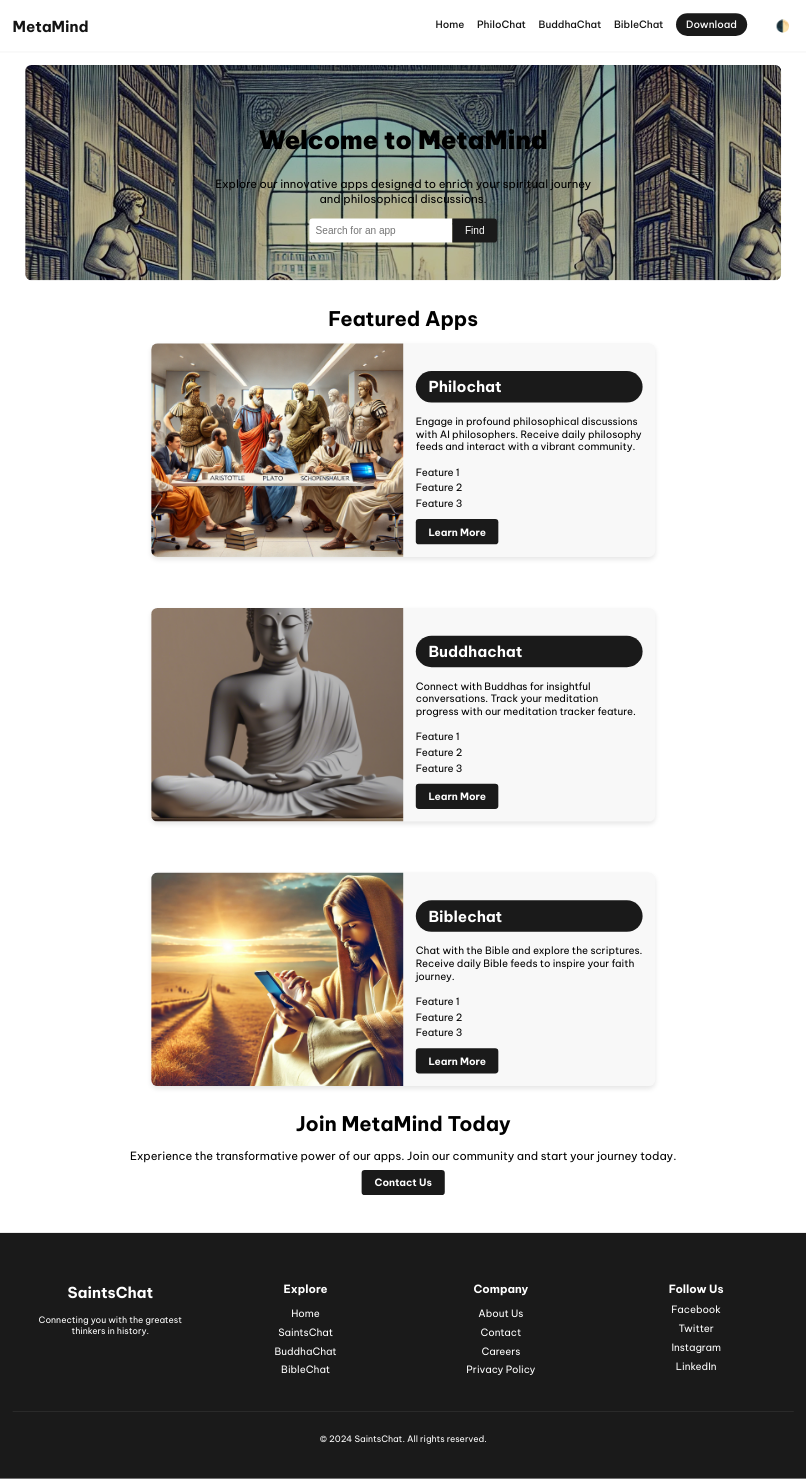
Repository: HSfac/EthosMindWeb
Page: /
These files come from the project's save history. The page is drawn as it stood at one moment and after the next save; the edit follows.
The browser window is 1280 px wide. The pictures show the whole page, at 63% of full size.
The project was rebuilt for these pictures with package versions that can differ from the ones it lists, and the page was loaded fresh each time. Also part of the build but not shown: src/pages/SaintsChat.css, src/pages/SaintsChat.jsx, src/pages/BuddhaChat.css, src/pages/BuddhaChat.jsx, src/pages/BibleChat.css, src/pages/BibleChat.jsx, src/pages/Download.css, src/pages/Download.jsx.

Above is the page before, as saved 2024-07-21 21:36:15.

### src/index.css
@import url('https://fonts.googleapis.com/css2?display=swap&family=Be+Vietnam+Pro:wght@400;500;700;900&family=Noto+Sans:wght@400;500;700;900');

body {
  font-family: "Be Vietnam Pro", "Noto Sans", sans-serif;
  margin: 0;
  padding: 0;
  box-sizing: border-box;
}

### src/App.jsx
import React from 'react';
import { BrowserRouter as Router, Route, Routes } from 'react-router-dom';
import Home from './pages/Home.jsx';
import SaintsChat from './pages/SaintsChat.jsx';
import BuddhaChat from './pages/BuddhaChat.jsx';
import BibleChat from './pages/BibleChat.jsx';
import Download from './pages/Download.jsx'; // Download 페이지를 추가합니다.
import Header from './components/Header.jsx';
import Footer from './components/Footer.jsx';

function App() {
  return (
    <Router>
      <Header />
      <Routes>
        <Route path="/" element={<Home />} />
        <Route path="/saintschat" element={<SaintsChat />} />
        <Route path="/buddhachats" element={<BuddhaChat />} />
        <Route path="/biblechats" element={<BibleChat />} />
        <Route path="/download" element={<Download />} /> {/* Download 페이지를 추가합니다. */}
      </Routes>
      <Footer />
    </Router>
  );
}

export default App;

### src/pages/Home.jsx
import React from 'react';
import './Home.css';
import { Link } from 'react-router-dom';
import heroImage from '../assets/images/hero-image.png';
import philochatScreenshot from '../assets/images/ph-image-dl.png';
import buddhachatScreenshot from '../assets/images/buddha-hero-image.png';
import biblechatScreenshot from '../assets/images/jesus-image-dl.png';

function Home() {
  return (
    <main className="home-main">
      {/* Hero Section */}
      <section className="home-hero" style={{ backgroundImage: `url(${heroImage})` }}>
        <div className="home-hero-content">
          <h1 className="home-hero-title">Welcome to MetaMind</h1>
          <p className="home-hero-description">Explore our innovative apps designed to enrich your spiritual journey and philosophical discussions.</p>
          <div className="home-hero-search">
            <input type="text" placeholder="Search for an app" />
            <button>Find</button>
          </div>
        </div>
      </section>

      {/* App Introduction Section */}
      <section id="home-app-introduction" className="home-app-introduction">
        <h2 className="home-section-title">Featured Apps</h2>
        <div className="home-app-cards">
          <div className="home-app-card">
            <div className="home-app-image-container">
              <img src={philochatScreenshot} alt="Philochat App Screenshot" className="home-app-image" />
            </div>
            <div className="home-app-info">
              <h3 className="home-app-title">Philochat</h3>
              <p className="home-app-description">Engage in profound philosophical discussions with AI philosophers. Receive daily philosophy feeds and interact with a vibrant community.</p>
              <ul className="home-app-features">
                <li>Feature 1</li>
                <li>Feature 2</li>
                <li>Feature 3</li>
              </ul>
              <Link to="/saintschat" className="home-learn-more-button" onClick={() => window.scrollTo(0, 0)}>Learn More</Link>
            </div>
          </div>
          <hr className="home-divider" />

          <div className="home-app-card">
            <div className="home-app-image-container">
              <img src={buddhachatScreenshot} alt="Buddhachat App Screenshot" className="home-app-image" />
            </div>
            <div className="home-app-info">
              <h3 className="home-app-title">Buddhachat</h3>
              <p className="home-app-description">Connect with Buddhas for insightful conversations. Track your meditation progress with our meditation tracker feature.</p>
              <ul className="home-app-features">
                <li>Feature 1</li>
                <li>Feature 2</li>
                <li>Feature 3</li>
              </ul>
              <Link to="/buddhachats" className="home-learn-more-button" onClick={() => window.scrollTo(0, 0)}>Learn More</Link>
            </div>
          </div>
          <hr className="home-divider" />

          <div className="home-app-card">
            <div className="home-app-image-container">
              <img src={biblechatScreenshot} alt="Biblechat App Screenshot" className="home-app-image" />
            </div>
            <div className="home-app-info">
              <h3 className="home-app-title">Biblechat</h3>
              <p className="home-app-description">Chat with the Bible and explore the scriptures. Receive daily Bible feeds to inspire your faith journey.</p>
              <ul className="home-app-features">
                <li>Feature 1</li>
                <li>Feature 2</li>
                <li>Feature 3</li>
              </ul>
              <Link to="/biblechats" className="home-learn-more-button" onClick={() => window.scrollTo(0, 0)}>Learn More</Link>
            </div>
          </div>
        </div>
      </section>

      {/* Call to Action Section */}
      <section className="home-cta-section">
        <h2 className="home-cta-title">Join MetaMind Today</h2>
        <p className="home-cta-description">Experience the transformative power of our apps. Join our community and start your journey today.</p>
        <div className="home-cta-buttons">
          <Link to="/contact" className="home-cta-button">Contact Us</Link>
        </div>
      </section>
    </main>
  );
}

export default Home;

### src/components/Header.jsx
import React from 'react';
import { Link } from 'react-router-dom';
import './Header.css';

function Header() {
  return (
    <header className="header">
      <h1 className="header-title">MetaMind</h1>
      <nav className="nav">
        <ul className="nav-list">
          <li className="nav-item"><Link to="/">Home</Link></li>
          <li className="nav-item"><Link to="/saintschat">PhiloChat</Link></li>
          <li className="nav-item"><Link to="/buddhachats">BuddhaChat</Link></li>
          <li className="nav-item"><Link to="/biblechats">BibleChat</Link></li>
          <li className="nav-item header-download-button"><Link to="/download">Download</Link></li>
          <li className="nav-item"><button className="toggle-button" onClick={() => document.body.classList.toggle('dark-mode')}>🌓</button></li>
        </ul>
      </nav>
    </header>
  );
}

export default Header;

### src/components/Footer.jsx
import React from 'react';
import { Link } from 'react-router-dom';
import './Footer.css';

function Footer() {
  return (
    <footer className="footer">
      <div className="footer-content">
        <div className="footer-section">
          <h2 className="footer-title">SaintsChat</h2>
          <p className="footer-description">Connecting you with the greatest thinkers in history.</p>
        </div>
        <div className="footer-section">
          <h3 className="footer-subtitle">Explore</h3>
          <ul className="footer-links">
            <li><Link to="/">Home</Link></li>
            <li><Link to="/saintschat">SaintsChat</Link></li>
            <li><Link to="/buddhachats">BuddhaChat</Link></li>
            <li><Link to="/biblechats">BibleChat</Link></li>
          </ul>
        </div>
        <div className="footer-section">
          <h3 className="footer-subtitle">Company</h3>
          <ul className="footer-links">
            <li><Link to="/about">About Us</Link></li>
            <li><Link to="/contact">Contact</Link></li>
            <li><Link to="/careers">Careers</Link></li>
            <li><Link to="/privacy">Privacy Policy</Link></li>
          </ul>
        </div>
        <div className="footer-section">
          <h3 className="footer-subtitle">Follow Us</h3>
          <div className="footer-social">
            <a href="https://facebook.com" target="_blank" rel="noopener noreferrer">Facebook</a>
            <a href="https://twitter.com" target="_blank" rel="noopener noreferrer">Twitter</a>
            <a href="https://instagram.com" target="_blank" rel="noopener noreferrer">Instagram</a>
            <a href="https://linkedin.com" target="_blank" rel="noopener noreferrer">LinkedIn</a>
          </div>
        </div>
      </div>
      <div className="footer-bottom">
        <p>&copy; 2024 SaintsChat. All rights reserved.</p>
      </div>
    </footer>
  );
}

export default Footer;

### src/pages/Home.css
:root {
  --home-background-color: #ffffff;
  --home-text-color: #000000;
  --home-button-background-color: #1a1a1a;
  --home-button-text-color: #ffffff;
  --home-card-background-color: #f8f8f8;
  --home-card-shadow-color: rgba(0, 0, 0, 0.1);
  --home-divider-color: rgba(0, 0, 0, 0.2);
}

@media (prefers-color-scheme: dark) {
  :root {
    --home-background-color: #181818;
    --home-text-color: #f8f8f8;
    --home-button-background-color: #f8f8f8;
    --home-button-text-color: #181818;
    --home-card-background-color: #282828;
    --home-card-shadow-color: rgba(255, 255, 255, 0.1);
    --home-divider-color: rgba(255, 255, 255, 0.2);
  }
}

body {
  background-color: var(--home-background-color);
  color: var(--home-text-color);
}

.home-main {
  padding: 20px 40px;
}

.home-hero {
  background: linear-gradient(rgba(0, 0, 0, 0.1) 0%, rgba(0, 0, 0, 0.4) 100%), center/cover no-repeat;
  color: var(--home-text-color);
  text-align: center;
  padding: 60px 20px;
  border-radius: 10px;
  margin-bottom: 40px;
}

.home-hero-content {
  max-width: 600px;
  margin: 0 auto;
}

.home-hero-title {
  font-size: 40px;
  font-weight: 900;
  color: var(--home-text-color);
}

.home-hero-description {
  font-size: 18px;
  margin: 10px 0;
  color: var(--home-text-color);
}

.home-hero-search {
  display: flex;
  justify-content: center;
  margin-top: 20px;
}

.home-hero-search input {
  padding: 10px;
  font-size: 16px;
  border: none;
  border-radius: 5px 0 0 5px;
  outline: none;
}

.home-hero-search button {
  padding: 10px 20px;
  font-size: 16px;
  border: none;
  background-color: var(--home-button-background-color);
  color: var(--home-button-text-color);
  border-radius: 0 5px 5px 0;
  cursor: pointer;
}

.home-app-introduction {
  margin: 40px 0;
}

.home-section-title {
  font-size: 32px;
  font-weight: bold;
  text-align: center;
  margin-bottom: 20px;
  color: var(--home-text-color);
}

.home-app-cards {
  display: flex;
  flex-direction: column;
  align-items: center;
  gap: 20px;
}

.home-app-card {
  display: flex;
  background-color: var(--home-card-background-color);
  border-radius: 10px;
  box-shadow: 0 4px 8px var(--home-card-shadow-color);
  max-width: 800px;
  width: 100%;
  overflow: hidden;
}

.home-app-image-container {
  flex: 1;
  min-width: 50%;
}

.home-app-image {
  width: 100%;
  height: 100%;
  object-fit: cover;
}

.home-app-info {
  flex: 1;
  padding: 20px;
  display: flex;
  flex-direction: column;
  justify-content: center;
}

.home-app-title {
  font-size: 24px;
  font-weight: bold;
  background-color: var(--home-button-background-color);
  color: var(--home-button-text-color);
  padding: 10px 20px;
  border-radius: 50px;
  display: inline-block;
  margin-bottom: 10px;
  white-space: nowrap;
}

.home-app-description {
  font-size: 16px;
  margin: 10px 0;
  color: var(--home-text-color);
}

.home-app-features {
  list-style: none;
  padding: 0;
  margin: 10px 0;
  color: var(--home-text-color);
}

.home-app-features li {
  font-size: 16px;
  margin-bottom: 5px;
}

.home-learn-more-button {
  background-color: var(--home-button-background-color);
  color: var(--home-button-text-color);
  padding: 10px 20px;
  border: none;
  border-radius: 5px;
  cursor: pointer;
  font-size: 16px;
  font-weight: bold;
  text-decoration: none;
  align-self: flex-start;
}

.home-divider {
  border: 0;
  height: 1px;
  margin: 20px 0;
  background-color: var(--home-divider-color);
}

.home-cta-section {
  margin: 40px 0;
  text-align: center;
}

.home-cta-title {
  font-size: 32px;
  font-weight: bold;
  margin-bottom: 20px;
  color: var(--home-text-color);
}

.home-cta-description {
  font-size: 18px;
  margin: 10px 0;
  color: var(--home-text-color);
}

.home-cta-buttons {
  display: flex;
  justify-content: center;
  gap: 10px;
}

.home-cta-button {
  background-color: var(--home-button-background-color);
  color: var(--home-button-text-color);
  padding: 10px 20px;
  border: none;
  border-radius: 5px;
  cursor: pointer;
  font-size: 16px;
  font-weight: bold;
  text-decoration: none;
}

### src/components/Header.css
.header {
  display: flex;
  justify-content: space-between;
  align-items: center;
  padding: 10px 20px;
  border-bottom: 1px solid #ededed;
}

.header-title {
  font-size: 24px;
  font-weight: bold;
}

.nav {
  display: flex;
}

.nav-list {
  display: flex;
  list-style: none;
  margin: 0;
  padding: 0;
}

.nav-item {
  margin-left: 20px;
}

.nav-item a {
  text-decoration: none;
  color: var(--text-color);
  font-weight: 500;
}

.header-download-button a {
  padding: 8px 16px;
  border-radius: 20px;
  background-color: #1a1a1a;
  color: white;
}

.toggle-button {
  background: none;
  border: none;
  font-size: 18px;
  cursor: pointer;
  margin-left: 20px;
}

:root {
  --bg-color: white;
  --text-color: #141414;
}

.dark-mode {
  --bg-color: #141414;
  --text-color: white;
}

body {
  background-color: var(--bg-color);
  color: var(--text-color);
  transition: background-color 0.3s, color 0.3s;
}

### src/components/Footer.css
.footer {
  background-color: #1a1a1a;
  color: white;
  padding: 40px 20px;
  text-align: center;
}

.footer-content {
  display: flex;
  flex-wrap: wrap;
  justify-content: space-around;
  margin-bottom: 20px;
}

.footer-section {
  flex: 1;
  min-width: 200px;
  margin: 20px;
}

.footer-title {
  font-size: 24px;
  font-weight: bold;
}

.footer-description {
  font-size: 14px;
}

.footer-subtitle {
  font-size: 18px;
  font-weight: bold;
  margin-bottom: 10px;
}

.footer-links {
  list-style: none;
  padding: 0;
}

.footer-links li {
  margin-bottom: 10px;
}

.footer-links a {
  text-decoration: none;
  color: white;
}

.footer-social a {
  display: block;
  margin-bottom: 10px;
  text-decoration: none;
  color: white;
}

.footer-bottom {
  border-top: 1px solid #333;
  padding-top: 20px;
  font-size: 14px;
}

Loaded but not shown: public/index.html (common file); src/index.js (common file)

After the next save:
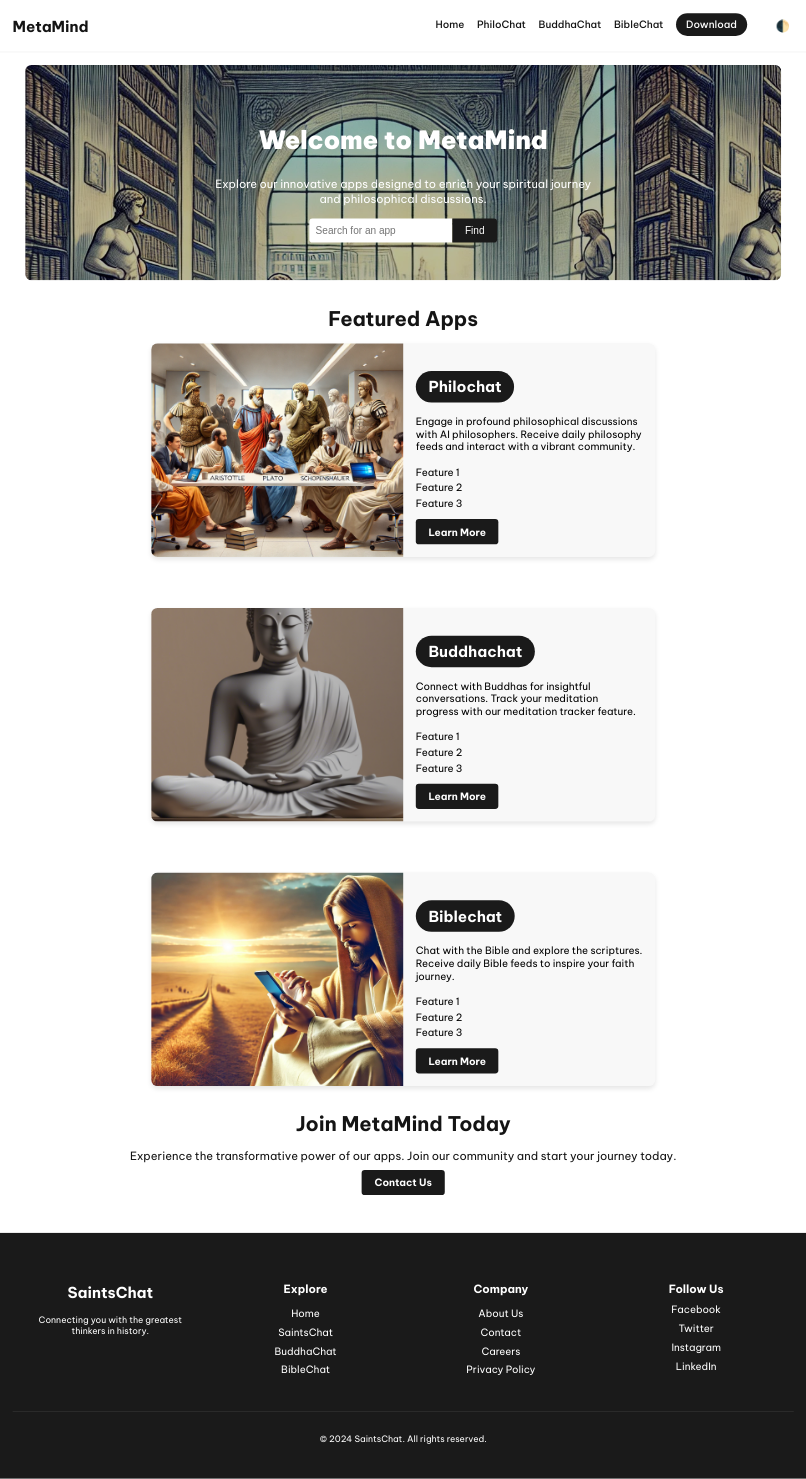
Saved 68 s later.
--- a/src/pages/Home.css
+++ b/src/pages/Home.css
@@ -1,28 +1,28 @@
 :root {
-  --home-background-color: #ffffff;
-  --home-text-color: #000000;
-  --home-button-background-color: #1a1a1a;
-  --home-button-text-color: #ffffff;
-  --home-card-background-color: #f8f8f8;
-  --home-card-shadow-color: rgba(0, 0, 0, 0.1);
-  --home-divider-color: rgba(0, 0, 0, 0.2);
+  --background-color: #ffffff;
+  --text-color: #000000;
+  --button-background-color: #1a1a1a;
+  --button-text-color: #ffffff;
+  --card-background-color: #f8f8f8;
+  --card-shadow-color: rgba(0, 0, 0, 0.1);
+  --divider-color: rgba(0, 0, 0, 0.2);
 }
 
 @media (prefers-color-scheme: dark) {
   :root {
-    --home-background-color: #181818;
-    --home-text-color: #f8f8f8;
-    --home-button-background-color: #f8f8f8;
-    --home-button-text-color: #181818;
-    --home-card-background-color: #282828;
-    --home-card-shadow-color: rgba(255, 255, 255, 0.1);
-    --home-divider-color: rgba(255, 255, 255, 0.2);
+    --background-color: #181818;
+    --text-color: #f8f8f8;
+    --button-background-color: #f8f8f8;
+    --button-text-color: #181818;
+    --card-background-color: #282828;
+    --card-shadow-color: rgba(255, 255, 255, 0.1);
+    --divider-color: rgba(255, 255, 255, 0.2);
   }
 }
 
 body {
-  background-color: var(--home-background-color);
-  color: var(--home-text-color);
+  background-color: var(--background-color);
+  color: var(--text-color);
 }
 
 .home-main {
@@ -31,7 +31,7 @@ body {
 
 .home-hero {
   background: linear-gradient(rgba(0, 0, 0, 0.1) 0%, rgba(0, 0, 0, 0.4) 100%), center/cover no-repeat;
-  color: var(--home-text-color);
+  color: white;
   text-align: center;
   padding: 60px 20px;
   border-radius: 10px;
@@ -46,13 +46,11 @@ body {
 .home-hero-title {
   font-size: 40px;
   font-weight: 900;
-  color: var(--home-text-color);
 }
 
 .home-hero-description {
   font-size: 18px;
   margin: 10px 0;
-  color: var(--home-text-color);
 }
 
 .home-hero-search {
@@ -73,8 +71,8 @@ body {
   padding: 10px 20px;
   font-size: 16px;
   border: none;
-  background-color: var(--home-button-background-color);
-  color: var(--home-button-text-color);
+  background-color: var(--button-background-color);
+  color: var(--button-text-color);
   border-radius: 0 5px 5px 0;
   cursor: pointer;
 }
@@ -88,7 +86,6 @@ body {
   font-weight: bold;
   text-align: center;
   margin-bottom: 20px;
-  color: var(--home-text-color);
 }
 
 .home-app-cards {
@@ -100,9 +97,9 @@ body {
 
 .home-app-card {
   display: flex;
-  background-color: var(--home-card-background-color);
+  background-color: var(--card-background-color);
   border-radius: 10px;
-  box-shadow: 0 4px 8px var(--home-card-shadow-color);
+  box-shadow: 0 4px 8px var(--card-shadow-color);
   max-width: 800px;
   width: 100%;
   overflow: hidden;
@@ -130,26 +127,27 @@ body {
 .home-app-title {
   font-size: 24px;
   font-weight: bold;
-  background-color: var(--home-button-background-color);
-  color: var(--home-button-text-color);
+  background-color: var(--button-background-color);
+  color: var(--button-text-color);
   padding: 10px 20px;
   border-radius: 50px;
   display: inline-block;
   margin-bottom: 10px;
   white-space: nowrap;
+  max-width: fit-content;
 }
 
 .home-app-description {
   font-size: 16px;
   margin: 10px 0;
-  color: var(--home-text-color);
+  color: #000000; /* 검정색으로 설정 */
 }
 
 .home-app-features {
   list-style: none;
   padding: 0;
   margin: 10px 0;
-  color: var(--home-text-color);
+  color: #000000; /* 검정색으로 설정 */
 }
 
 .home-app-features li {
@@ -158,8 +156,8 @@ body {
 }
 
 .home-learn-more-button {
-  background-color: var(--home-button-background-color);
-  color: var(--home-button-text-color);
+  background-color: var(--button-background-color);
+  color: var(--button-text-color);
   padding: 10px 20px;
   border: none;
   border-radius: 5px;
@@ -174,7 +172,7 @@ body {
   border: 0;
   height: 1px;
   margin: 20px 0;
-  background-color: var(--home-divider-color);
+  background-color: var(--divider-color);
 }
 
 .home-cta-section {
@@ -186,13 +184,13 @@ body {
   font-size: 32px;
   font-weight: bold;
   margin-bottom: 20px;
-  color: var(--home-text-color);
+  color: var(--text-color);
 }
 
 .home-cta-description {
   font-size: 18px;
   margin: 10px 0;
-  color: var(--home-text-color);
+  color: var(--text-color);
 }
 
 .home-cta-buttons {
@@ -202,8 +200,8 @@ body {
 }
 
 .home-cta-button {
-  background-color: var(--home-button-background-color);
-  color: var(--home-button-text-color);
+  background-color: var(--button-background-color);
+  color: var(--button-text-color);
   padding: 10px 20px;
   border: none;
   border-radius: 5px;
